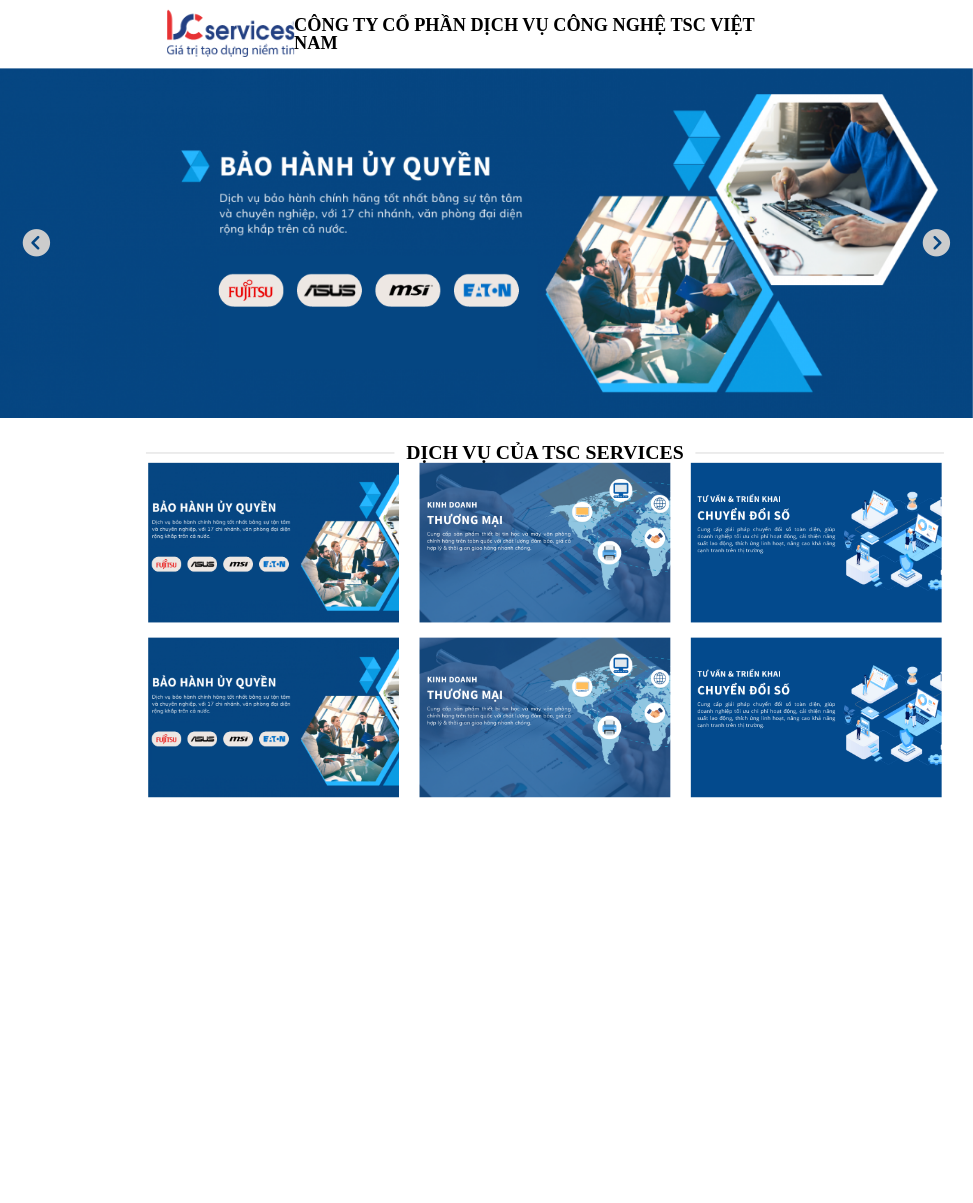
Repository: nguyentrongdai34/tsc-project
Page: index.html
These files come from the project's save history. The page is drawn as it stood at one moment and after the next save; the edit follows.
The browser window is 1280 px wide. The pictures show the whole page, at 76% of full size.

Above is the page before, as saved 2024-12-03 12:30:12.

After the next save:
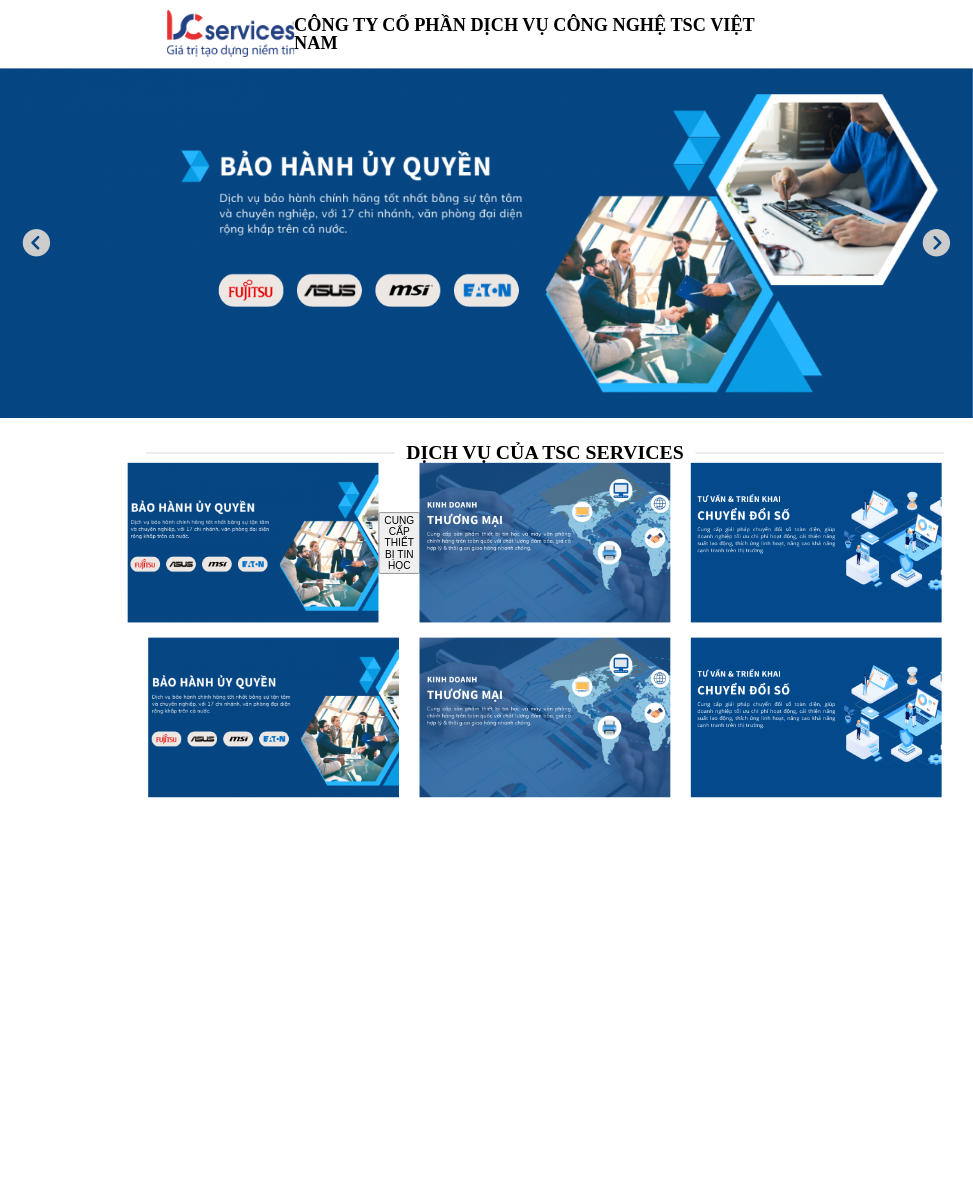
Saved 78 s later.
--- a/index.html
+++ b/index.html
@@ -67,6 +67,7 @@
         <div class="section-gird">
           <div class="grid-item">
             <img src="./img/tsc1.png" alt="Image 1" />
+            <button class="btn">CUNG CẤP THIẾT BỊ TIN HỌC</button>
           </div>
           <div class="grid-item">
             <img src="./img/tsc2.png" alt="Image 2" />
